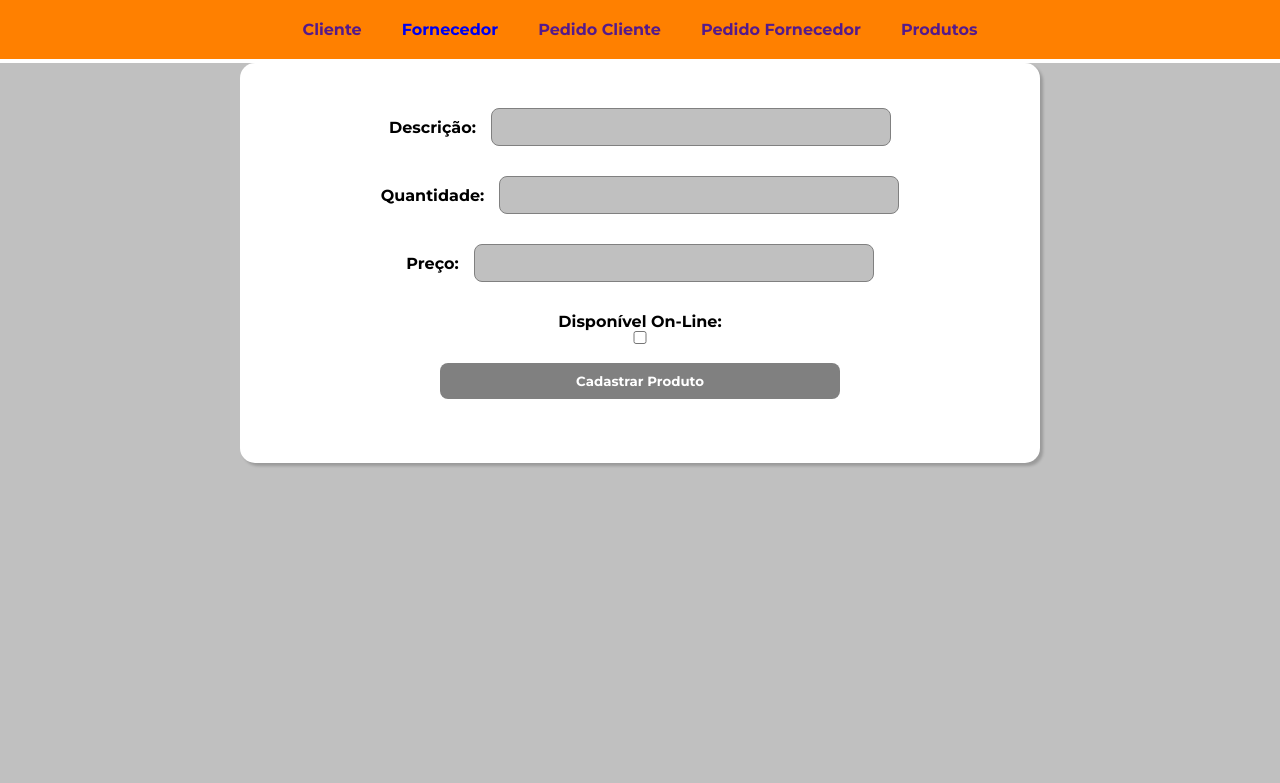
Repository: walterdmp/JavaWeb_BartoBotinas
Page: http://localhost/BartoBotinas/cadastrarFornecedor.jsp
The author's editor kept a copy of each file at every save. The page is drawn from the files as they stood at one save, then again after the next save.
The browser window is 1280 px wide. The pictures show the whole page.
The page is served by Tomcat 9.

Above is the page before, as saved 2024-07-30 18:06:02.

After the next save:
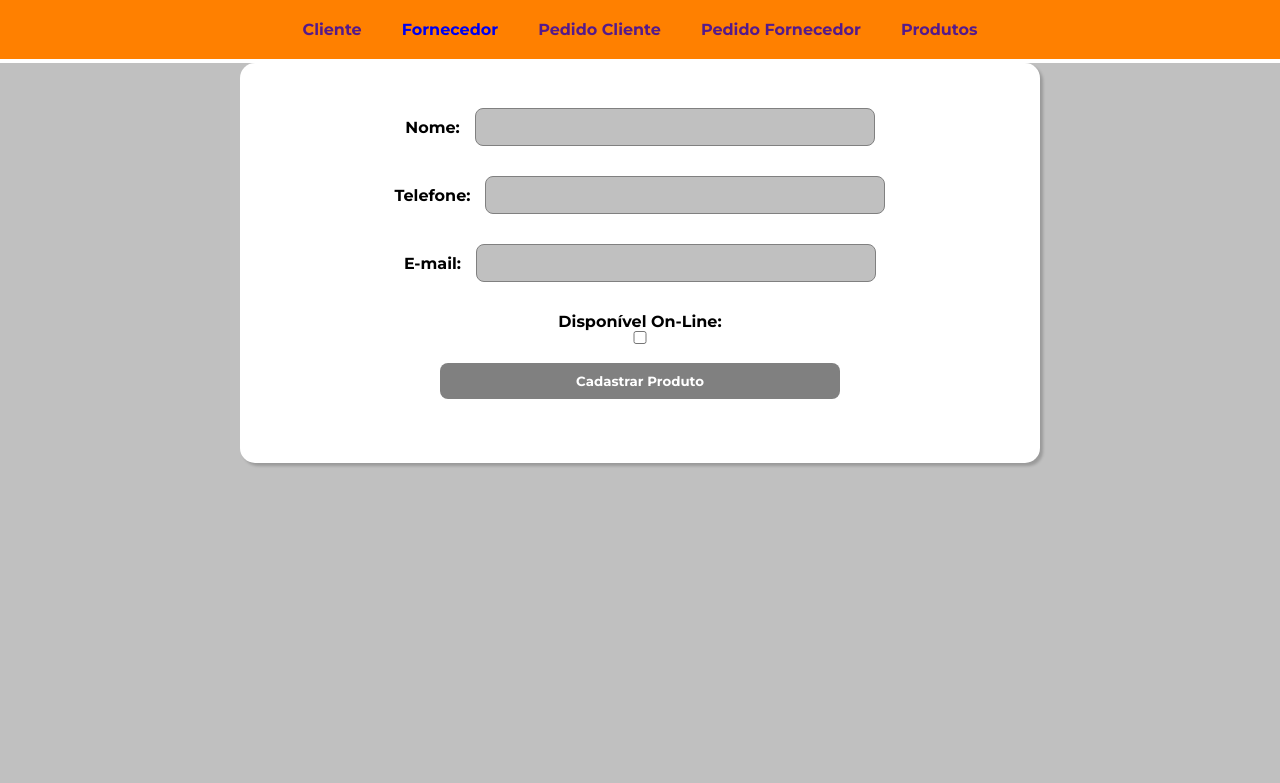
Saved 2 min 12 s later.
--- a/BartoBotinas/WebContent/cadastrarFornecedor.jsp
+++ b/BartoBotinas/WebContent/cadastrarFornecedor.jsp
@@ -21,16 +21,16 @@
 	<main class="bartoMain">
 		<form action="" method="post" class="bartoForm">
 			<div>
-				<label><strong>Descrição:</strong></label><input type="text"
-					name="descricao">
+				<label><strong>Nome:</strong></label><input type="text"
+					name="nome">
 			</div>
 			<div>
-				<label><strong>Quantidade:</strong></label><input type="text"
-					name="quantidade">
+				<label><strong>Telefone:</strong></label><input type="text"
+					name="telefone">
 			</div>
 			<div>
-				<label><strong>Preço:</strong></label><input type="text"
-					name="preco">
+				<label><strong>E-mail:</strong></label><input type="text"
+					name="email">
 			</div>
 
 			<label><strong>Disponível On-Line:</strong></label><input
